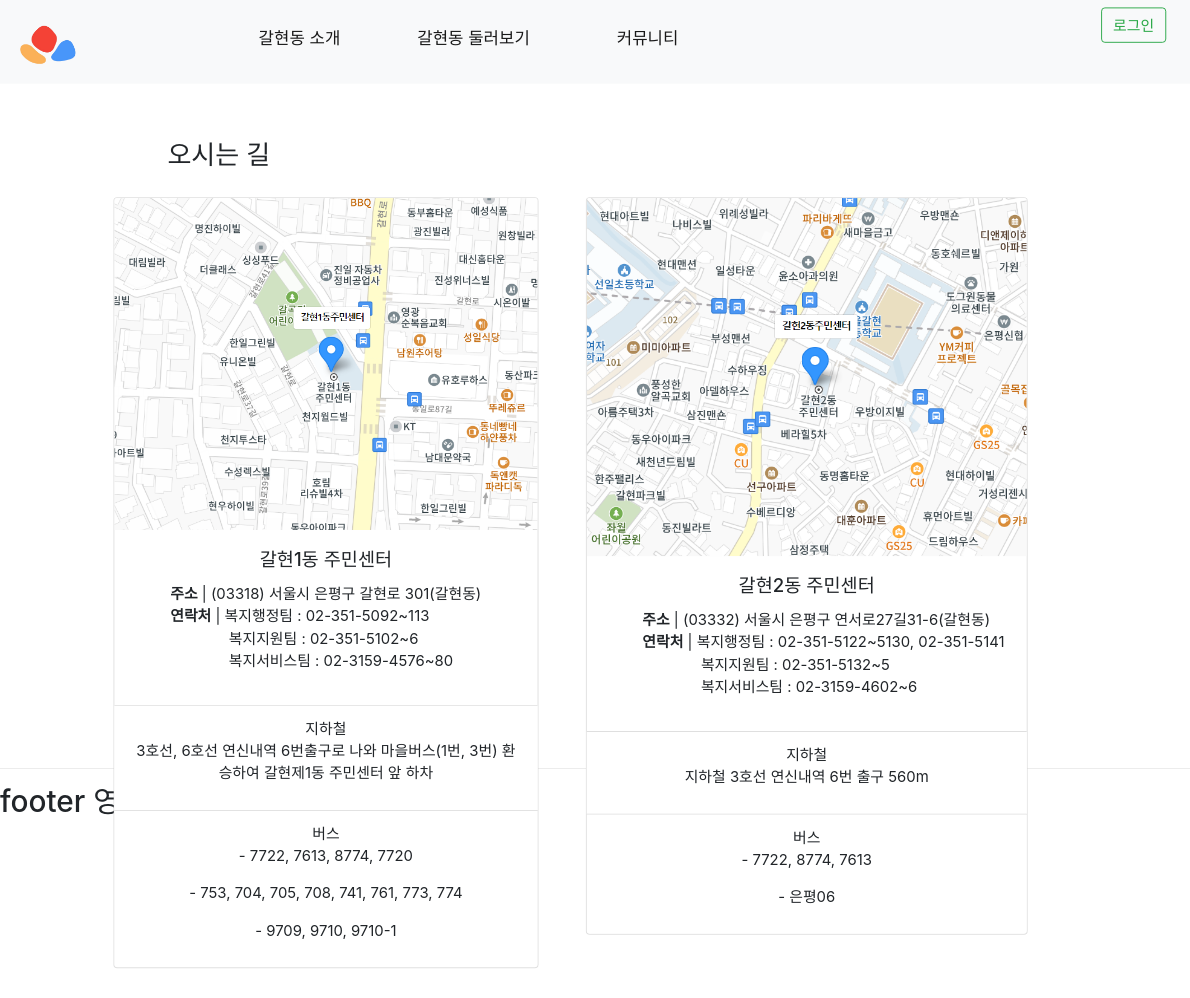
Repository: rnjsmj/pro01
Page: http://localhost/pro01/intro/map.jsp
The author's editor kept a copy of each file at every save. The page is drawn from the files as they stood at one save, then again after a run of saves.
The browser window is 1280 px wide. The pictures show the whole page, at 93% of full size.
The page is served by Tomcat 9. Nobody is signed in. The application's start-up code is not run. The template is opened directly, without the code that normally fills it, so the values that code supplies are empty.

Above is the page before, as saved 2024-04-14 16:25:14.

After the next 2 saves:
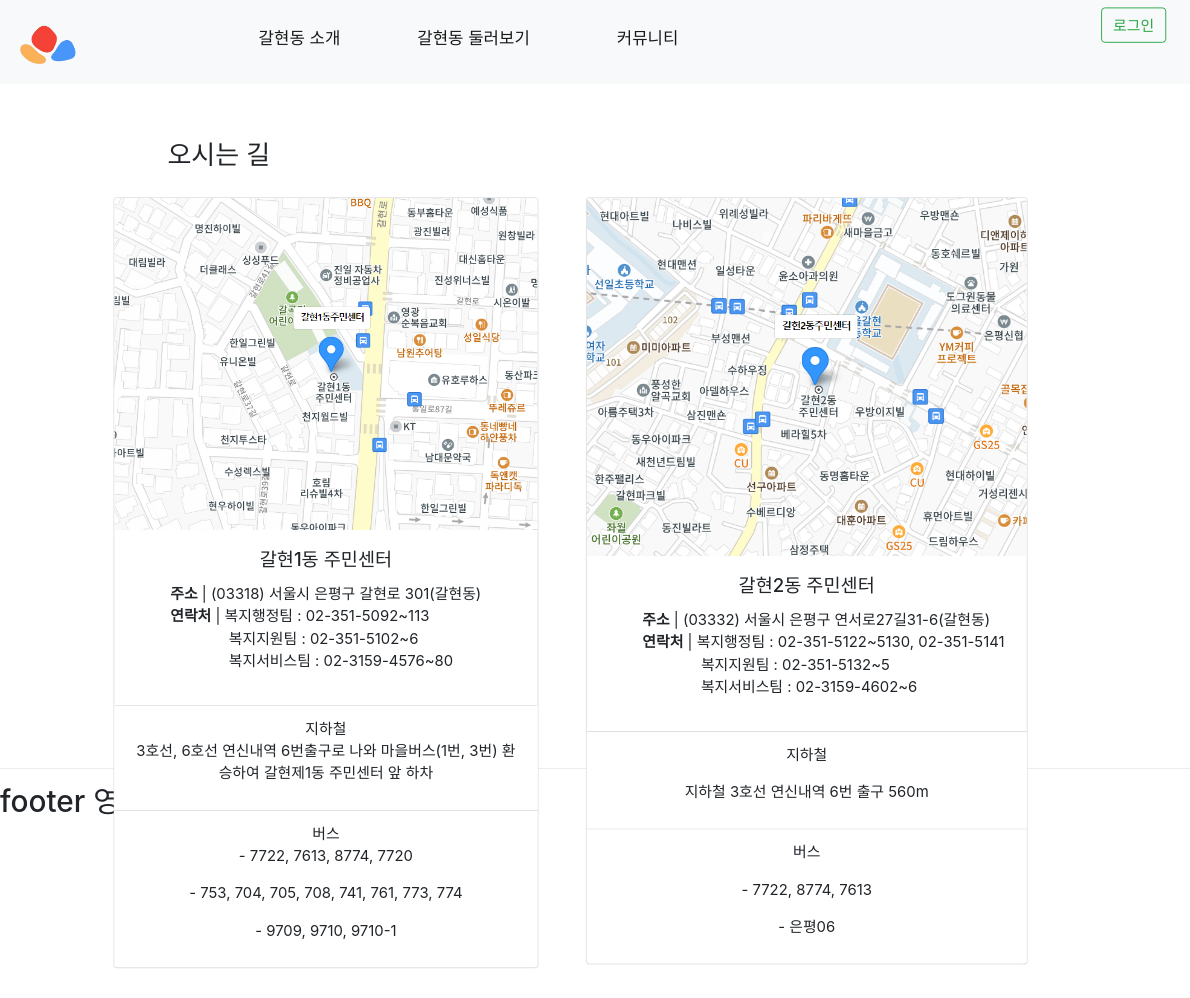
The 2 saves are shown as one change because they came seconds apart.
The last was saved 29 s later.
--- a/pro01/WebContent/intro/map.jsp
+++ b/pro01/WebContent/intro/map.jsp
@@ -117,9 +117,9 @@
 						</ul>
 					</div>
 					<ul class="list-group list-group-flush">
-						<li class="list-group-item">지하철
+						<li class="list-group-item"><p>지하철</p>
 							<p> 지하철 3호선 연신내역 6번 출구 560m</p></li>
-						<li class="list-group-item">버스
+						<li class="list-group-item"><p>버스</p>
 							<p> - 7722, 8774, 7613 </p>
 							<p> - 은평06 </p>
 						</li>
